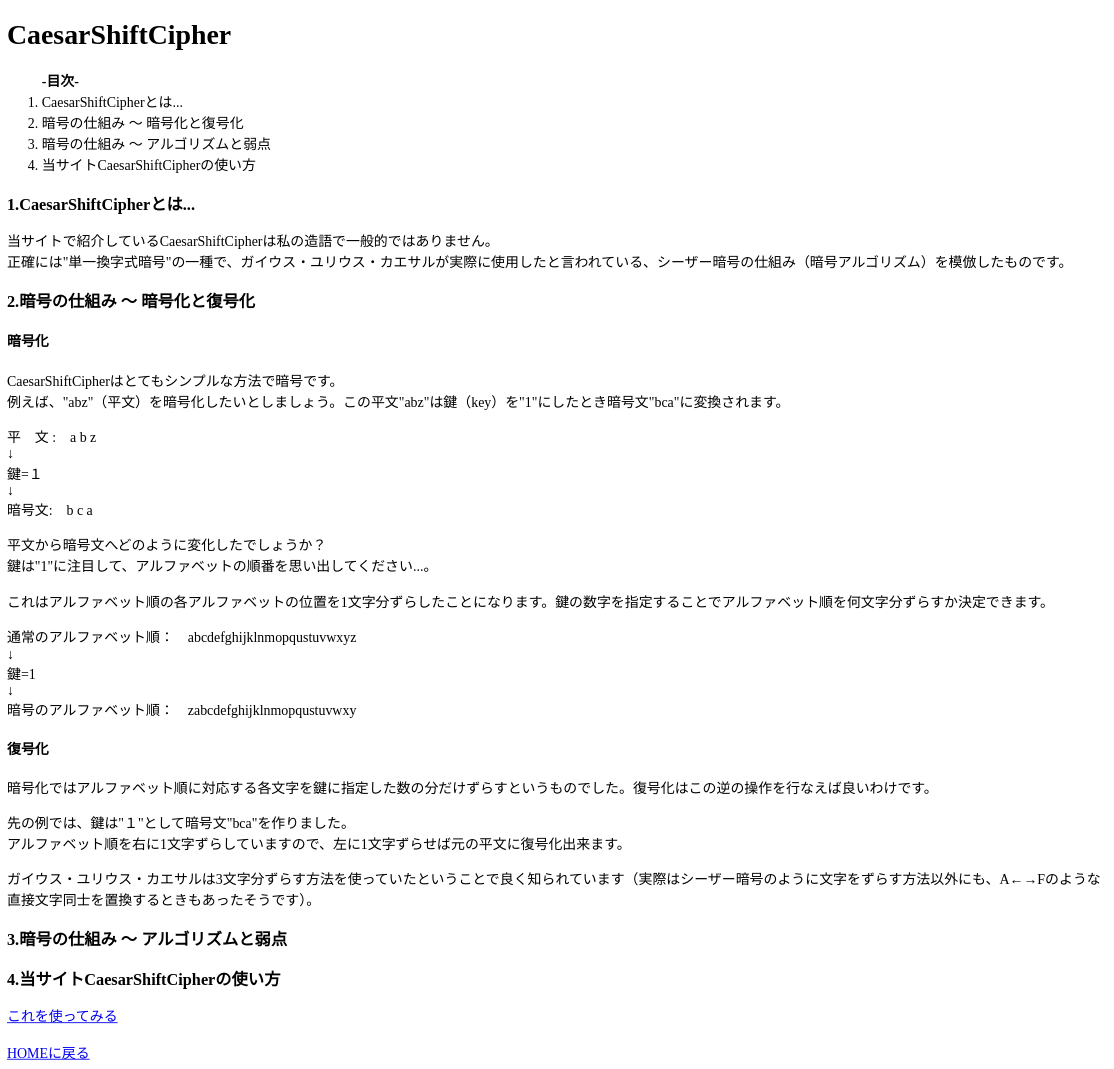
Repository: RantaWatari/TEST
Page: http://localhost/CipherProject/CipherMore?page=1
An editor plug-in stored every save of this project. The page is shown before and after the next save, followed by the edit.
The browser window is 1280 px wide. The pictures show the whole page, at 87% of full size.
The page is served by Tomcat 9.

Above is the page before, as saved 2017-07-25 02:48:12.

After the next save:
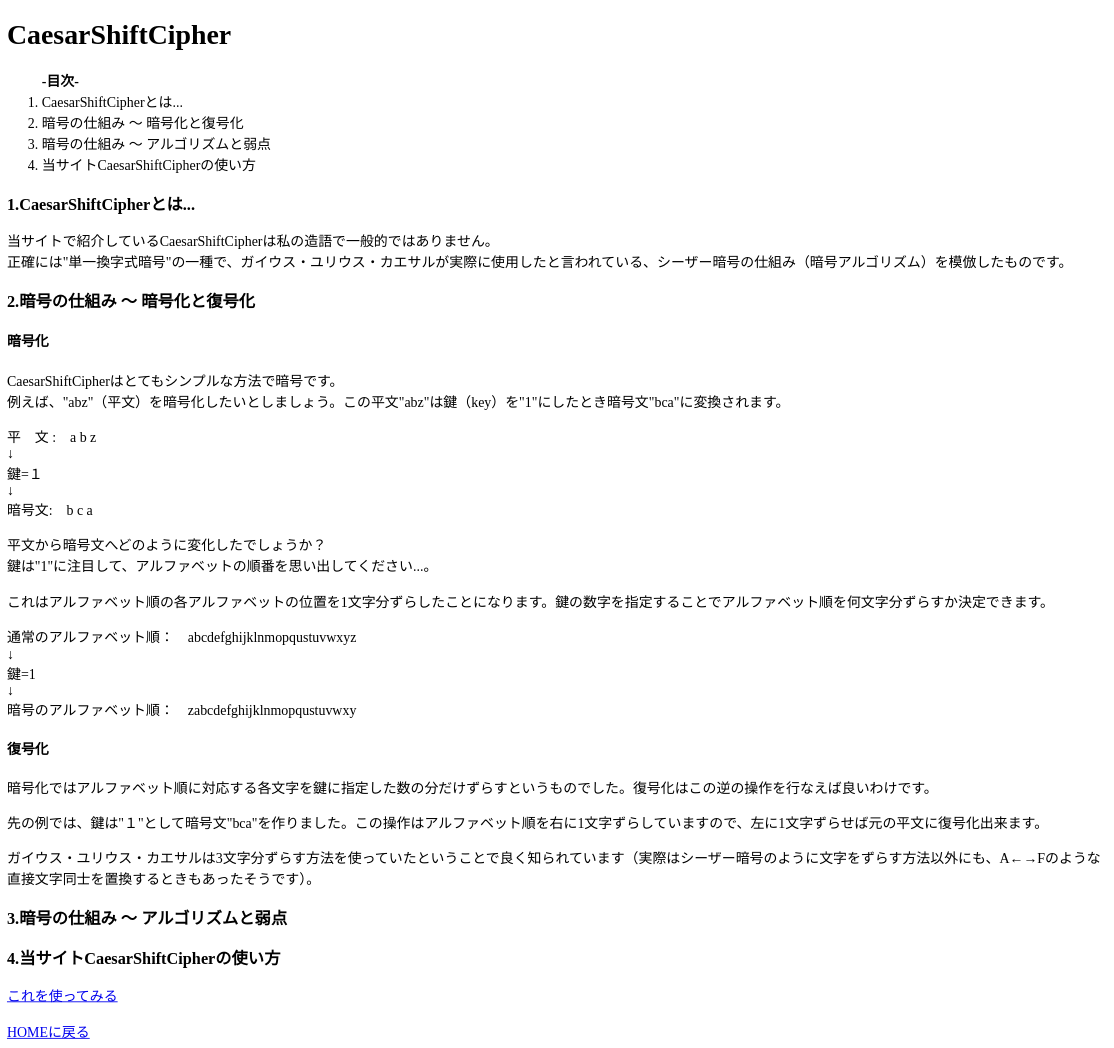
Saved 34 s later.
--- a/CipherProject/WebContent/WEB-INF/jsp/CaesarShiftCipher.jsp
+++ b/CipherProject/WebContent/WEB-INF/jsp/CaesarShiftCipher.jsp
@@ -27,7 +27,7 @@
 		<p>通常のアルファベット順：　abcdefghijklnmopqustuvwxyz<br>↓<br>鍵=1<br>↓<br>暗号のアルファベット順：　zabcdefghijklnmopqustuvwxy</p>
 	<h4>復号化</h4>
 		<p>暗号化ではアルファベット順に対応する各文字を鍵に指定した数の分だけずらすというものでした。復号化はこの逆の操作を行なえば良いわけです。</p>
-		<p>先の例では、鍵は"１"として暗号文"bca"を作りました。<br>アルファベット順を右に1文字ずらしていますので、左に1文字ずらせば元の平文に復号化出来ます。</p>
+		<p>先の例では、鍵は"１"として暗号文"bca"を作りました。この操作はアルファベット順を右に1文字ずらしていますので、左に1文字ずらせば元の平文に復号化出来ます。</p>
 
 		<p>ガイウス・ユリウス・カエサルは3文字分ずらす方法を使っていたということで良く知られています（実際はシーザー暗号のように文字をずらす方法以外にも、A←→Fのような直接文字同士を置換するときもあったそうです）。</p>
 <h3>3.暗号の仕組み ～ アルゴリズムと弱点</h3>
